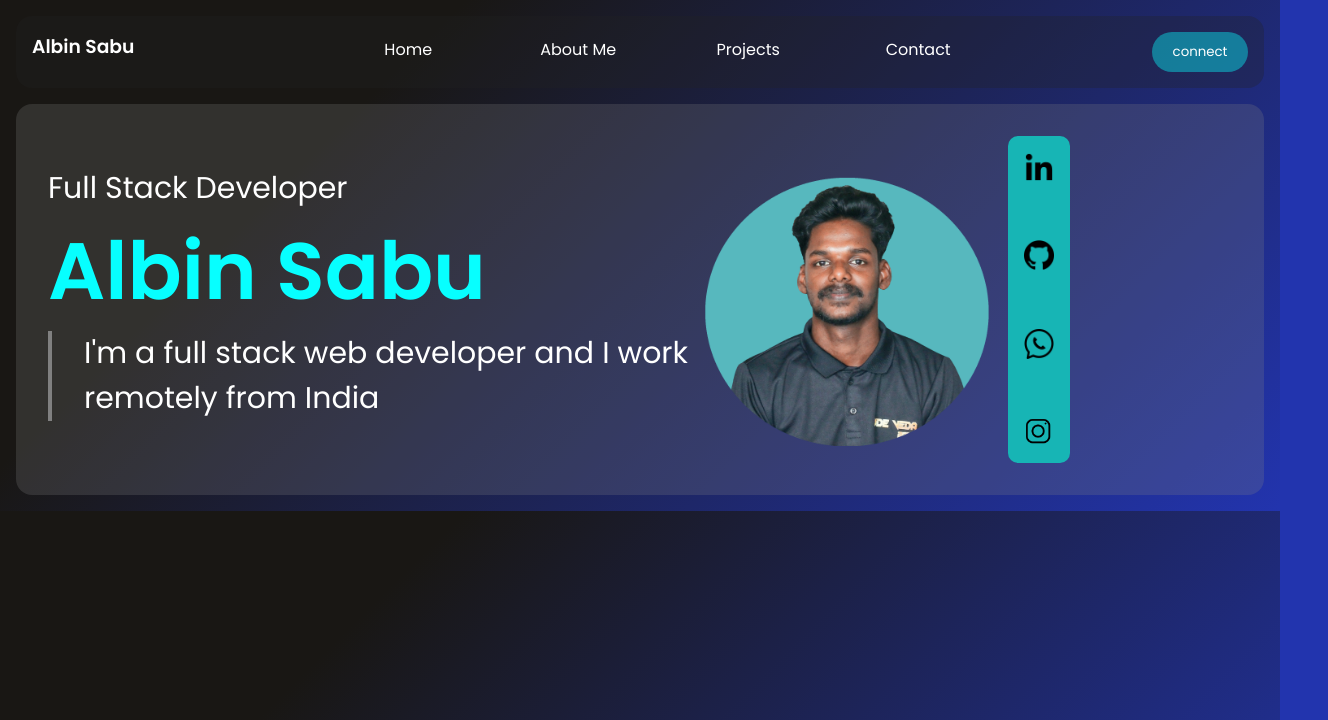
Repository: albinsabu2023/personalwebsite
Page: index.html
These files come from the project's save history. The page is drawn as it stood at one moment and after the next save; the edit follows.
The browser window is 1280 px wide. The page is 1280 px wide, then 1328 px, then 1280 px, so the pictures cover 1328 px, including what lies to the right of the window. The pictures show the whole page.

Above is the page before, as saved 2023-09-02 18:14:03.

After the next save:
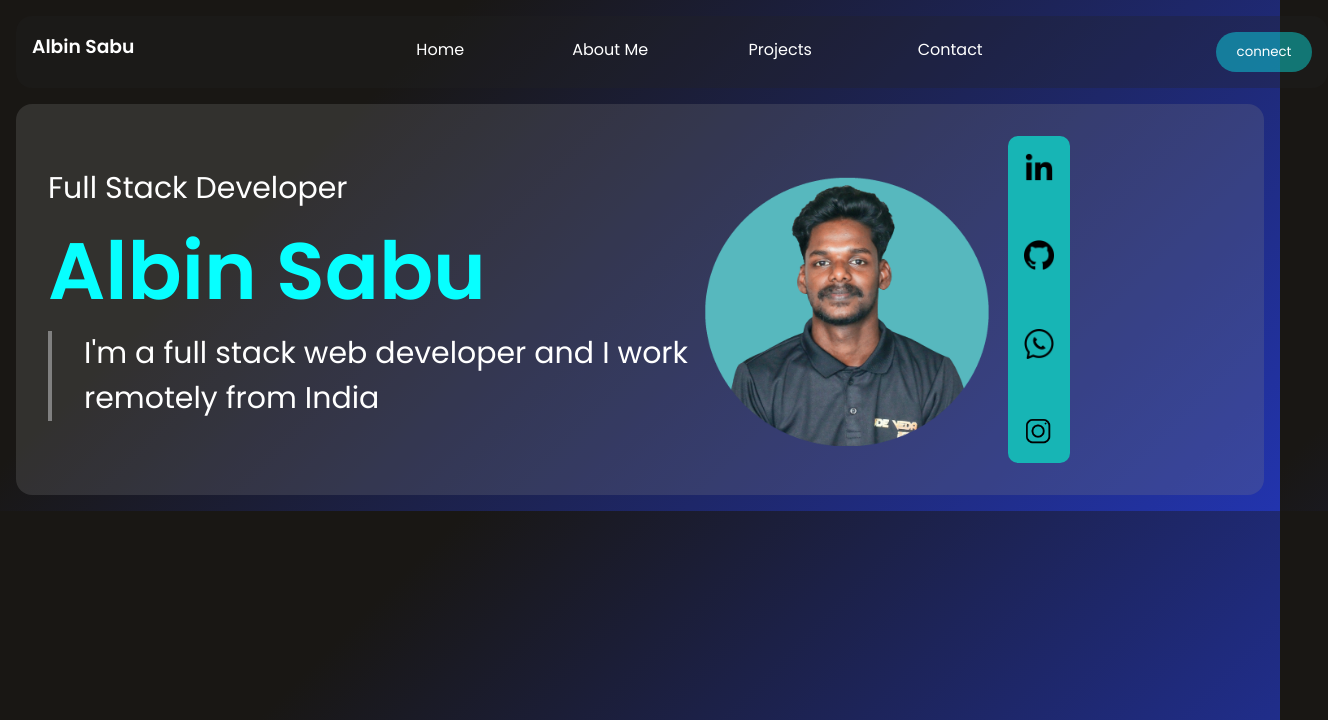
Saved 9 s later.
--- a/index.html
+++ b/index.html
@@ -8,7 +8,7 @@
     <link rel="stylesheet" href="media.css">
 </head>
 <body>
-    <nav >
+    <nav id="hero">
         <h3 class="title">Albin Sabu</h3>
         <ul>
             <li class><a href="#home">Home</a></li>

After the 2 saves that followed:
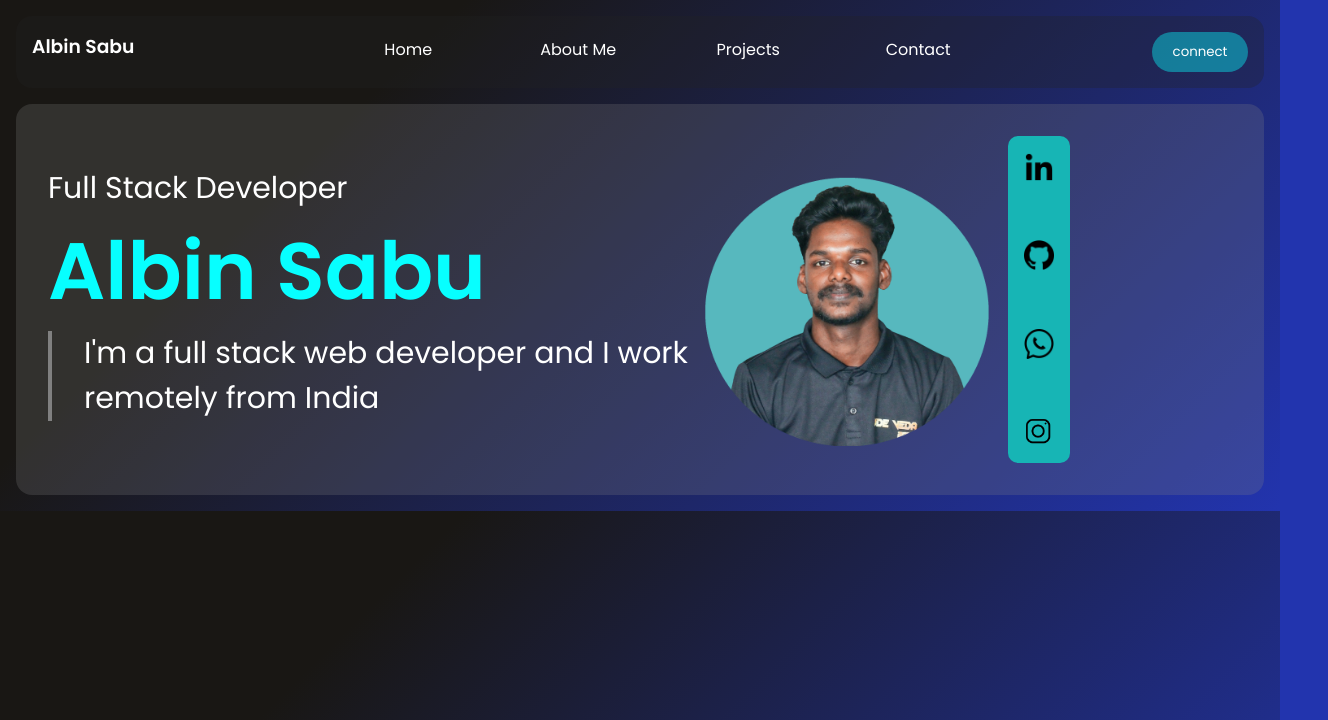
The 2 saves are shown as one change because 1 left the picture as it was.
The last was saved 45 s later.
--- a/style.css
+++ b/style.css
@@ -76,9 +76,7 @@ nav ul li a:hover{
     flex:.3;
 
 }
-#hero{
-    width: 100vw;
-}
+
 .line{
     border: gray 2px solid;
 }
--- a/media.css
+++ b/media.css
@@ -56,4 +56,8 @@
         .profile__img img {
             align-items: center;
         }
+
+        #hero{
+            width: 100vw;
+        }
 }
